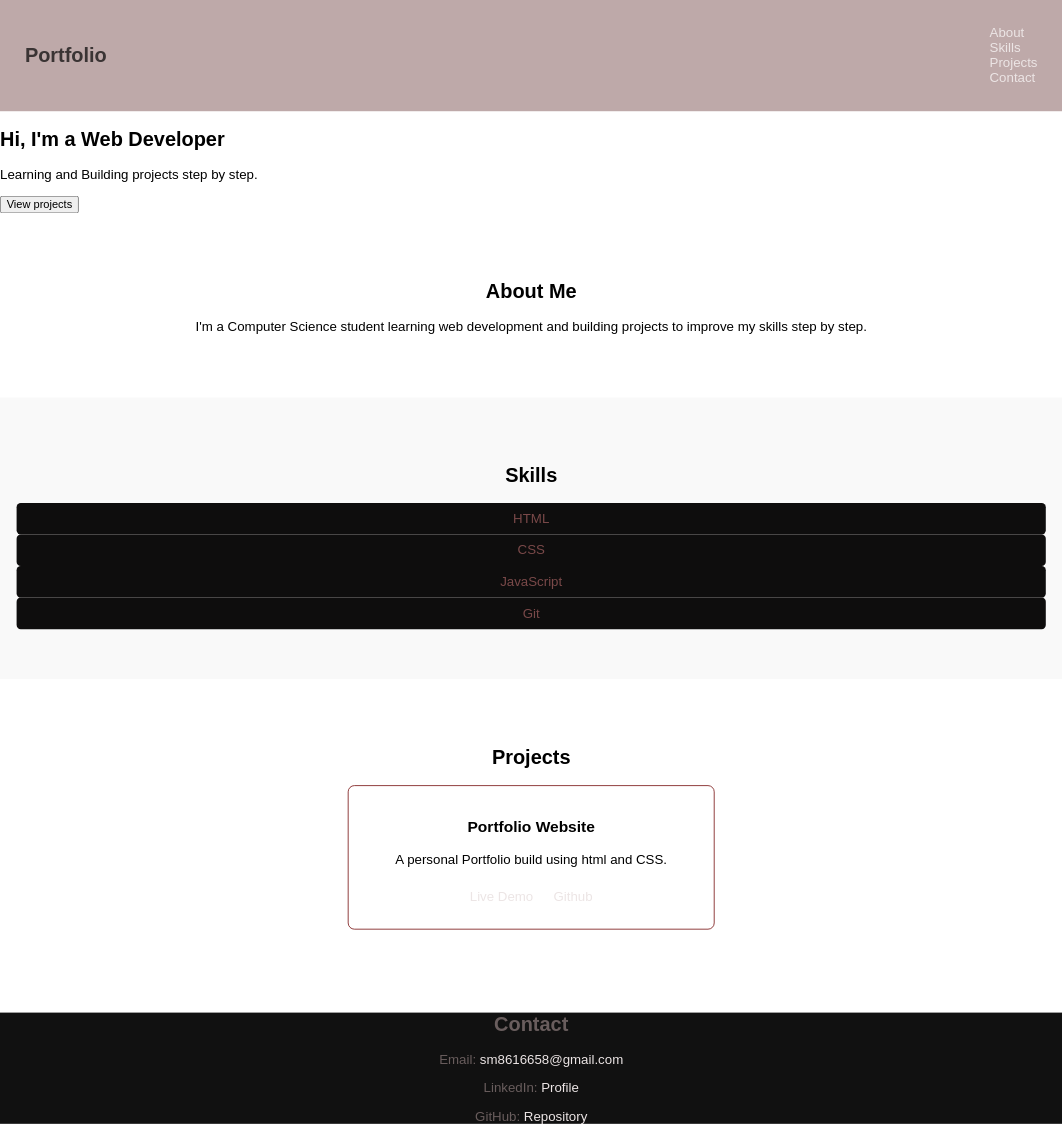
Repository: syeda-naqvi-hub/Portfolio-website
Page: python/portfolio/index.html
An editor plug-in stored every save of this project. The page is shown before and after the next save, followed by the edit.
The browser window is 1280 px wide. The pictures show the whole page, at 83% of full size.

Above is the page before, as saved 2026-02-07 12:10:58.

### python/portfolio/index.html
<!DOCTYPE html>
<html lang="en">
<head>
    <meta charset="UTF-8">
    <meta name="viewport" content="width=device-width, initial-scale=1.0">
    <title>Portfolio</title>
    <link rel="stylesheet" href="style.css">
</head>
<body>
    <script src="script.js"></script>
    <header>
        <nav>
            <h2 class="logo">Portfolio</h2>
            <ul>
                <li><a href="#about">About</a></li>
                <li><a href="#skills">Skills</a></li>
                <li><a href="#projects">Projects</a></li>
                <li><a href="#contact">Contact</a></li>
            </ul>
        </nav>
    </header>
    <section class=""hero">
        <h1>Hi, I'm a Web Developer </h1>
        <p>Learning and Building projects step by step.</p>
        <button>View projects</button>
    </section>
    <section id="about" class="about">
        <h2>About Me</h2>
        <p>
            I'm a Computer Science student learning web development and building projects to improve my skills step by step.
        </p>
    </section>
    <section id="skills" class="skills">
        <h2>Skills</h2>
        <div class="skills-list">
            <div>HTML</div>
            <div>CSS</div>
            <div>JavaScript</div>
            <div>Git</div>
        </div>
    </section>
    <section id="projects" class="projects">
        <h2>Projects</h2>
        <div class="project-card">
            <h3>Portfolio Website</h3>
            <p>A personal Portfolio build using html and CSS.</p>
            <a href="#">Live Demo</a>
            <a href="#">Github</a>
        </div>
    </section>
    <section id="contact" class="contact">
        <h2>Contact</h2>
        <p>Email: <a href="mailto:sm8616658@gmail.com">sm8616658@gmail.com</a></p>
        <p>LinkedIn: <a href="https://linkedin.com/in/Syeda Naqvi">Profile</a></p>
        <p>GitHub: <a href="https://github.com/syeda-naqvi-hub">Repository</a></p>
    </section>
</body>
</html>

### python/portfolio/style.css
body {
    font-family: arial,sans-serif;
    margin: 0;
}
header {
    background: #bea9a9;
    color: rgb(58, 52, 52);
    padding: 15px 30px;
}
nav {
    display: flex;
    justify-content: space-between;
    align-items: center;
}
ul {
    display: row;
    list-style: none;
    gap: 10px;
}
a {
    color: rgb(236, 229, 229);
    text-decoration:none
}
.hero {
    height: 80vh;
    display: flex;
    flex-direction: column;
    justify-content: center;
    background: #cec6c6;
    text-align: center;
}
.about {
    padding: 60px 20px;
    text-align: center;
}
.skills {
    background: #f9f9f9;
    padding: 60px 20px;
    text-align: center;
}
.skills-set {
    display: flex;
    justify-content: center;
    gap: 20px;
    margin-top: 20px;
}
.skills-list div {
    background: #0e0d0d;
    color: rgb(122, 73, 73);
    padding: 10px 20px;
    border-radius: 5px;
}
.projects {
    padding: 60px 20px;
    text-align: center;
}
.project-card {
    border: 1px solid #7c1919;
    padding: 20px;
    margin: 20px auto;
    max-width: 400px;
    border-radius: 8px;
}
.project-card a {
    margin: 10px;
    display: inline-block;
}
.contact {
    background: #111;
    color: rgb(105, 93, 93);
    padding: 40x;
    text-align: center;
}
@media (max-width: 768px)
{
    nav {
        flex-direction: center;
    }
    ul {
        flex-direction: row;
        gap: 10px;
    }
    .skills-list {
        flex-direction: column;
        align-items: center;
    }
    .hero {
        height: auto;
        padding: 40px 20px;
    }
}

### python/portfolio/script.js
console.log("Portfolio loaded")

After the next save:
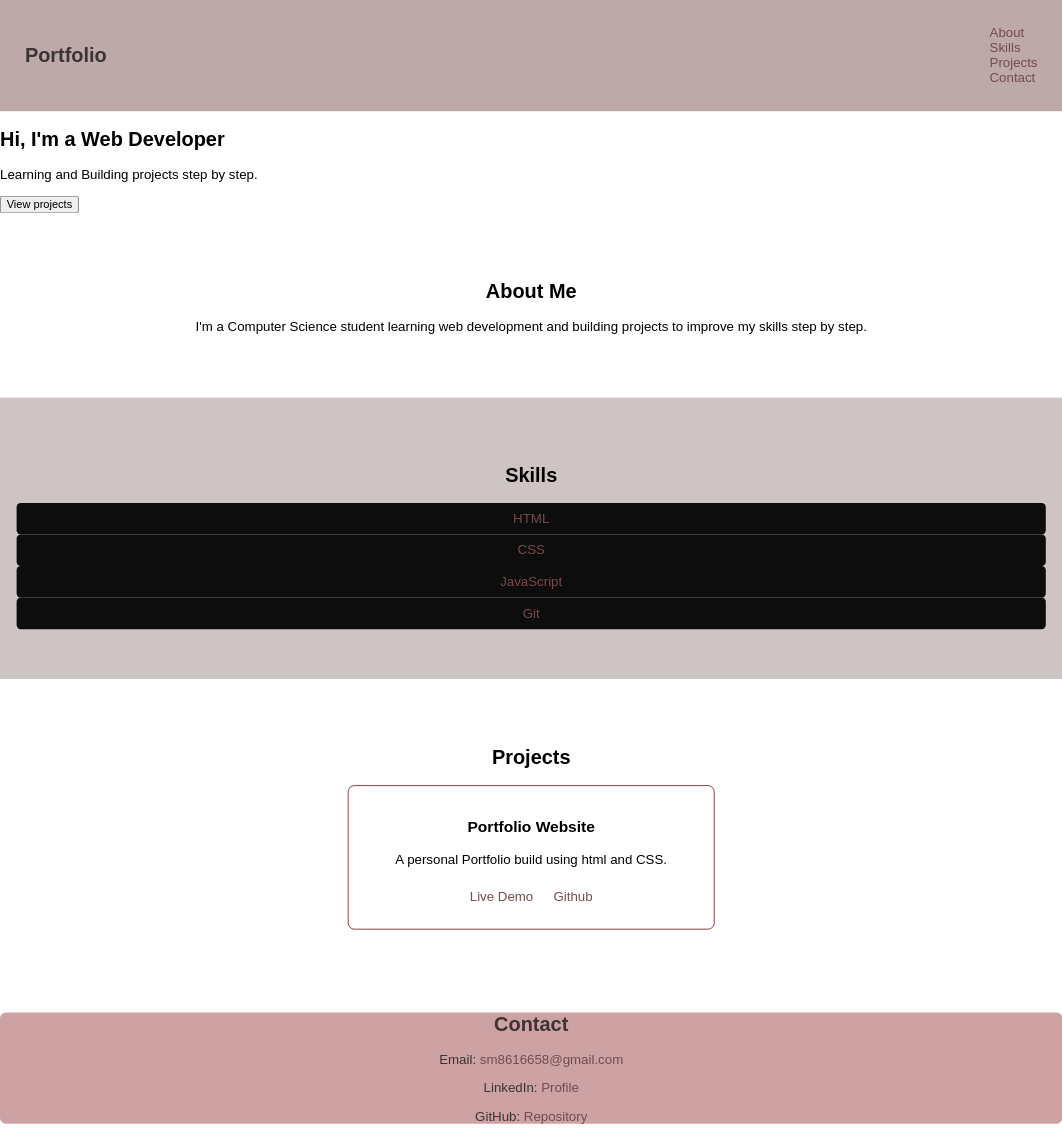
Saved 7 min 26 s later.
--- a/python/portfolio/style.css
+++ b/python/portfolio/style.css
@@ -18,7 +18,7 @@ ul {
     gap: 10px;
 }
 a {
-    color: rgb(236, 229, 229);
+    color: rgb(114, 77, 77);
     text-decoration:none
 }
 .hero {
@@ -34,11 +34,12 @@ a {
     text-align: center;
 }
 .skills {
-    background: #f9f9f9;
+    background: #cec4c4;
     padding: 60px 20px;
     text-align: center;
 }
 .skills-set {
+    color: #8a6363;
     display: flex;
     justify-content: center;
     gap: 20px;
@@ -66,10 +67,10 @@ a {
     display: inline-block;
 }
 .contact {
-    background: #111;
-    color: rgb(105, 93, 93);
-    padding: 40x;
+    background: #cca2a2;
+    color: rgb(61, 51, 51);
     text-align: center;
+    border-radius: 7px;
 }
 @media (max-width: 768px)
 {
